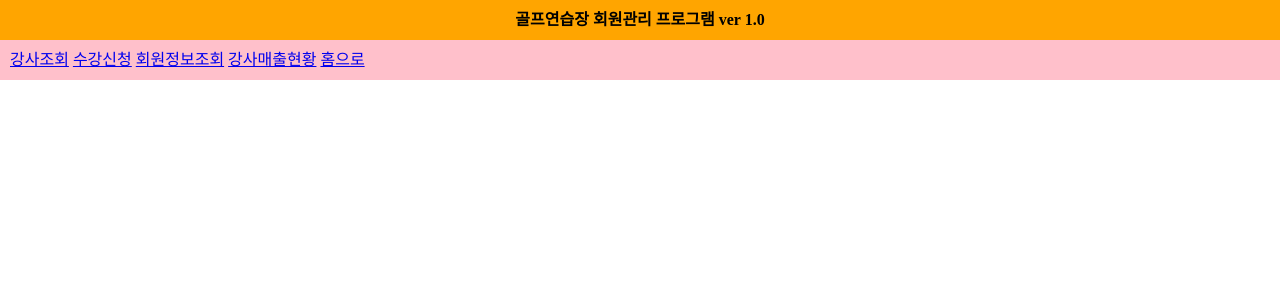
Repository: wjdwlgns1101/school_hrd
Page: http://localhost/hrd_30111_1_/
These files come from the project's save history. The page is drawn as it stood at one moment and after the next save; the edit follows.
The browser window is 1280 px wide. The pictures show the whole page.
The page is served by Tomcat 9.

Above is the page before, as saved 2024-05-06 13:47:06.

After the next save:
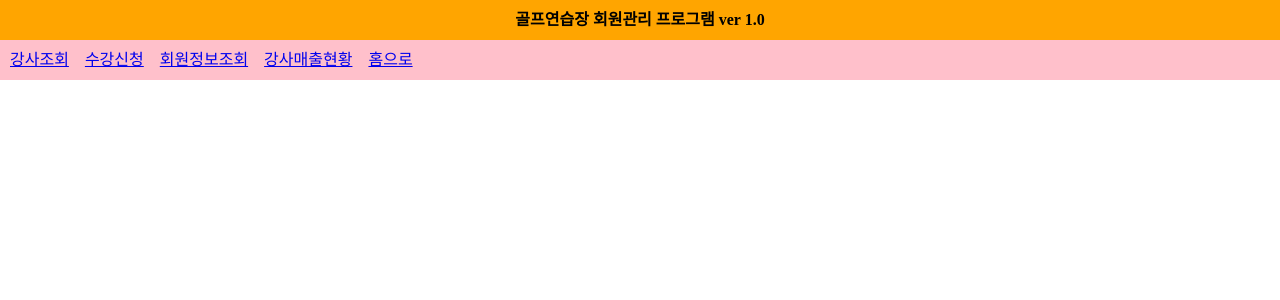
Saved 63 s later.
--- a/hrd_30111_(1)/hrd_30111(1)/src/main/webapp/header.jsp
+++ b/hrd_30111_(1)/hrd_30111(1)/src/main/webapp/header.jsp
@@ -10,12 +10,12 @@
 <header style="position: fixed; background-color: orange; width: 100%; height: 40px; padding: 0; left: 0; top: 0; text-align: center; line-height: 40px;'">
 	<b>골프연습장 회원관리 프로그램 ver 1.0</b>
 
-<nav style="background-color: pink; text-align: left; padding-left: 10px;" >
+<nav style="background-color: pink; text-align: left; padding-left: 10px; " >
 
-	<a href="#">강사조회</a>
-	<a href="#">수강신청</a>
-	<a href="#">회원정보조회</a>
-	<a href="#">강사매출현황</a>
+	<a href="#">강사조회</a> &nbsp;&nbsp;
+	<a href="#">수강신청</a> &nbsp;&nbsp;
+	<a href="#">회원정보조회</a> &nbsp;&nbsp;
+	<a href="#">강사매출현황</a> &nbsp;&nbsp;
 	<a href="index.jsp">홈으로</a>
 
 </nav>
